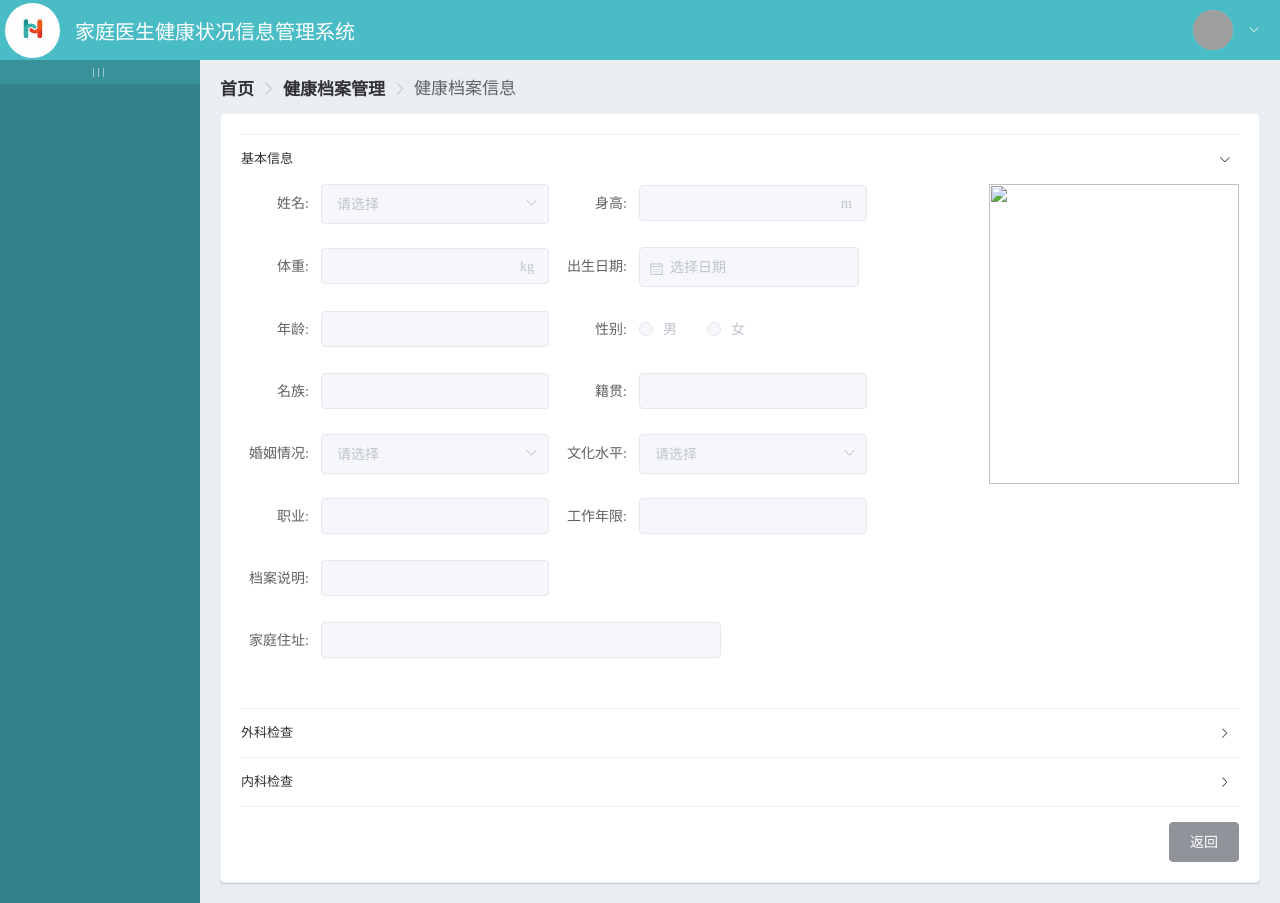
Repository: hyyBubbly/community-web-vue
Page: /#/healthyInfo (app in community/)
An editor plug-in stored every save of this project. The page is shown before and after the next save, followed by the edit.
The browser window is 1280 px wide. The pictures show the whole page.
Pictures or frames that could not be fetched are drawn as grey boxes. The page's requests for data from a server got no answer. The project was rebuilt for these pictures with package versions that can differ from the ones it lists, and the page was loaded fresh each time. No one was signed in, and anything a server would have sent is missing. Also part of the build but not shown: community/vue.config.js, community/src/components/Login.vue, community/src/components/Welcome.vue, community/src/components/User/UserList.vue, community/src/components/admin/WorkerList.vue, community/src/components/community/CommunityList.vue, community/src/components/healthfiles/HealthyData.vue, community/src/components/healthfiles/Healthiness.vue and 13 more.

Above is the page before, as saved 2024-02-01 19:37:01.

After the next save:
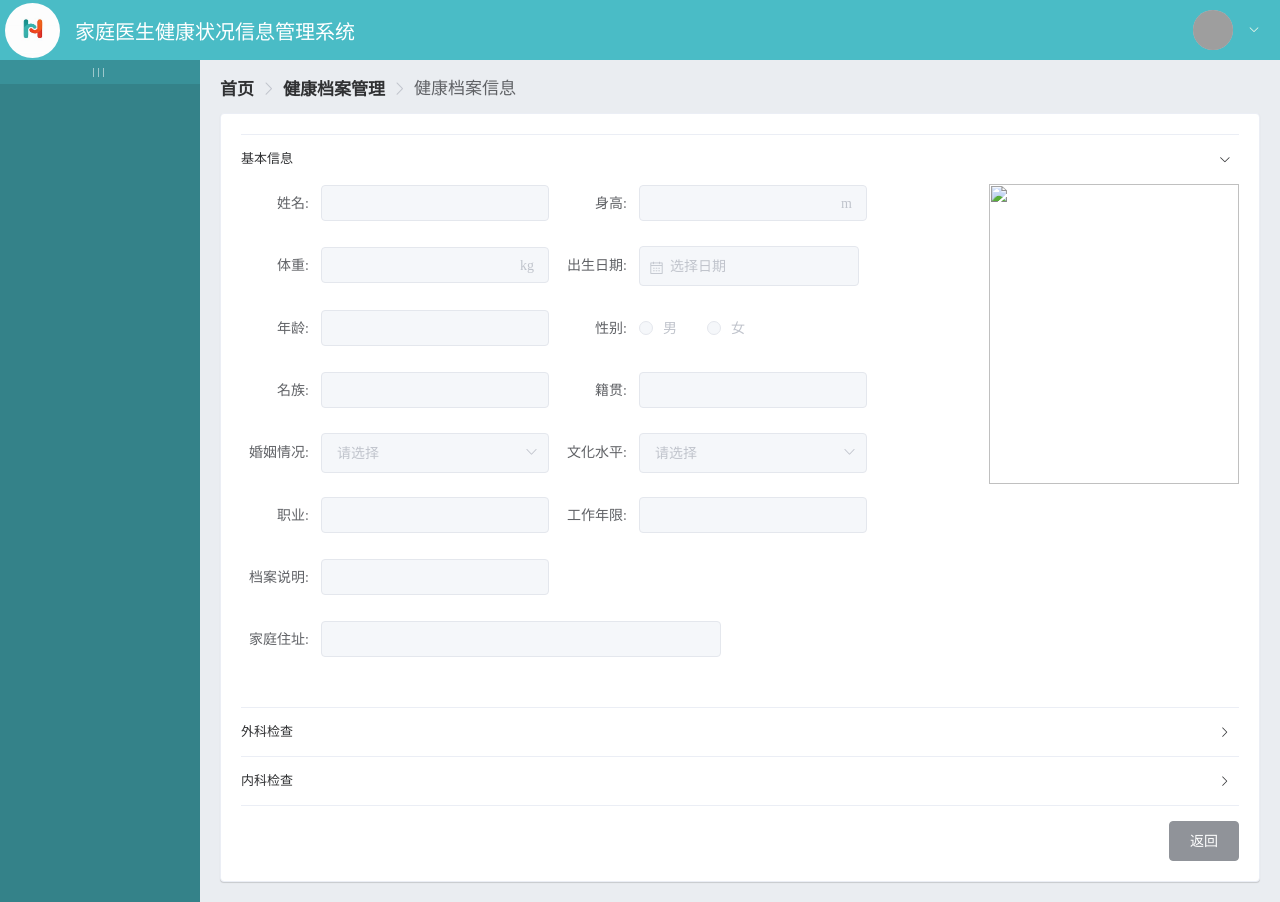
Saved 3 min 30 s later.
--- a/community/src/components/healthfiles/HealthyInfo.vue
+++ b/community/src/components/healthfiles/HealthyInfo.vue
@@ -22,7 +22,7 @@
                   </el-option>
                 </el-select>
               </el-form-item> -->
-              <el-form-item label="姓名:">
+              <!-- <el-form-item label="姓名:">
                 <el-select v-model="HealthyForm.userId" filterable clearable disabled>
                   <el-option
                       v-for="item in userList"
@@ -31,6 +31,10 @@
                       :value="item.userId">
                   </el-option>
                 </el-select>
+              </el-form-item> -->
+              <el-form-item label="姓名:">
+                <el-input v-model="HealthyForm.username" size="medium" clearable :disabled="isDisable">
+                </el-input>
               </el-form-item>
               <el-form-item label="身高:">
                 <el-input v-model="HealthyForm.height" size="medium" clearable :disabled="isDisable">
